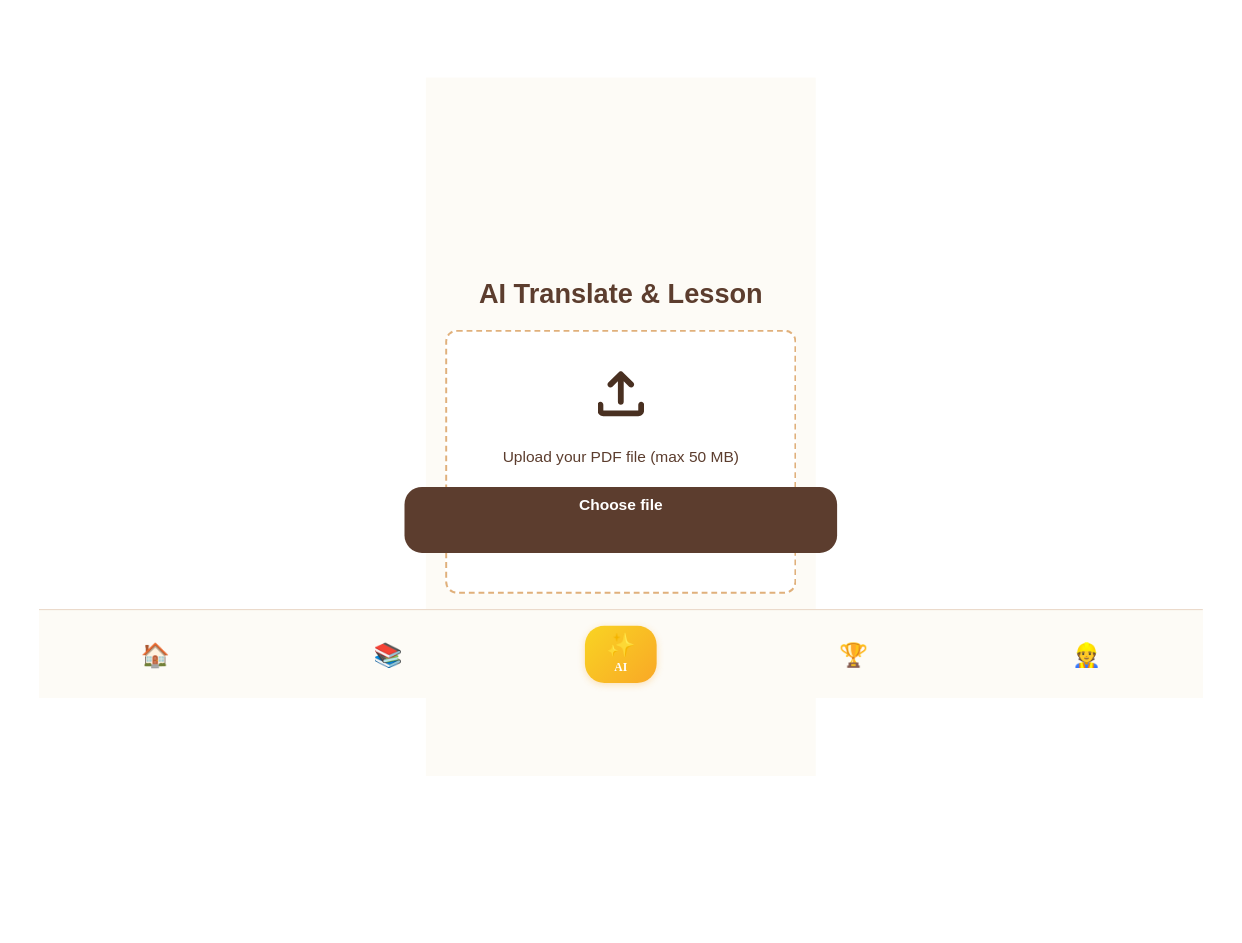
Repository: richelletiongson/Jargon_FrontendShowcase
Page: / (app in jargon_frontend/)
An editor plug-in stored every save of this project. The page is shown before and after the next save, followed by the edit.
The browser window is 1280 px wide. The pictures show the whole page, at 97% of full size.
The project was rebuilt for these pictures with package versions that can differ from the ones it lists, and the page was loaded fresh each time. Also part of the build but not shown: jargon_frontend/vite.config.js, jargon_frontend/src/index.css, jargon_frontend/src/home_pages/Home.jsx, jargon_frontend/src/course_pages/Course.jsx, jargon_frontend/src/charts_pages/Charts.jsx, jargon_frontend/src/profile_pages/Profile.jsx.

Above is the page before, as saved 2025-10-22 14:40:03.

After the next save:
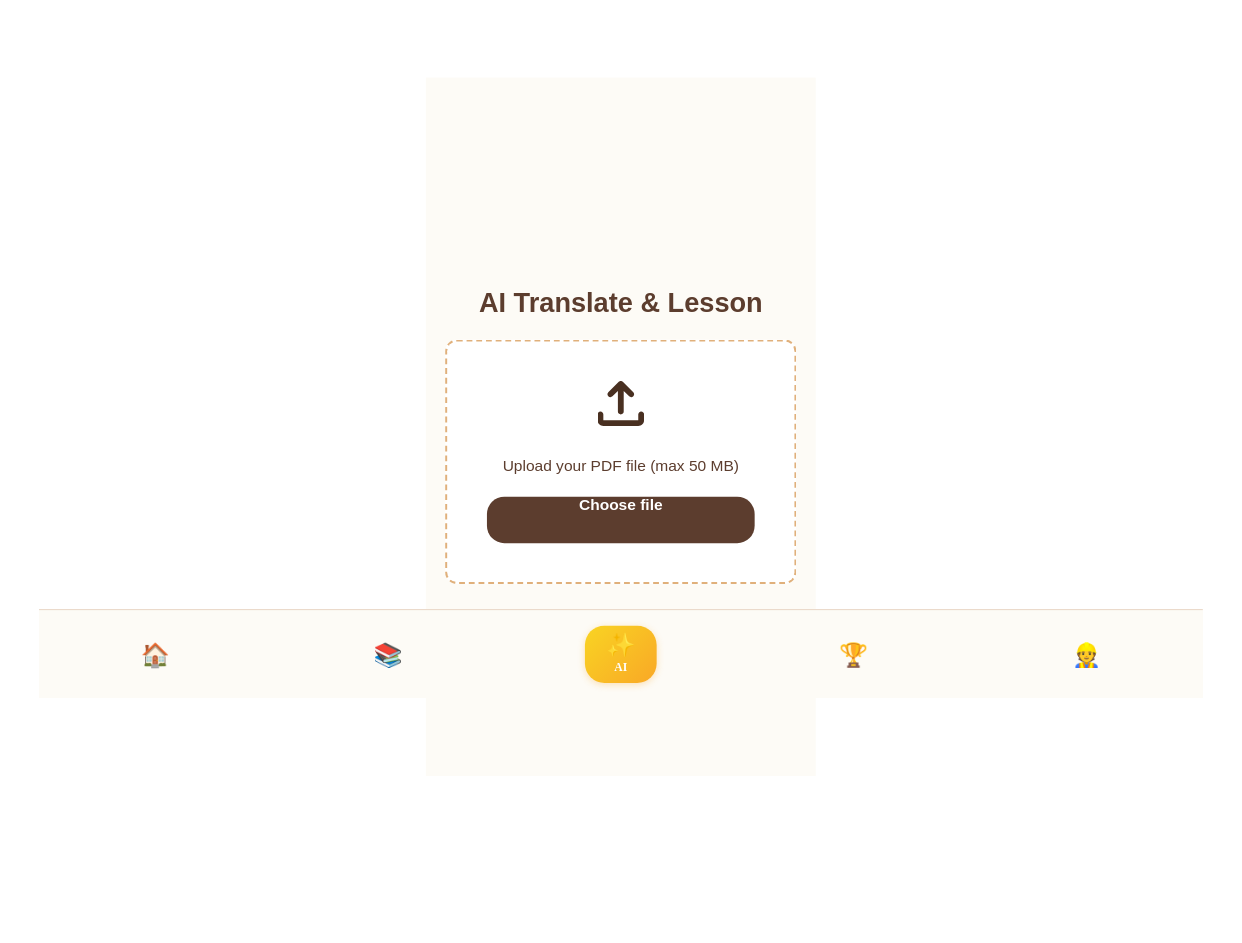
Saved 91 s later.
--- a/jargon_frontend/src/ai_pages/AI.css
+++ b/jargon_frontend/src/ai_pages/AI.css
@@ -62,7 +62,6 @@
 .choose-file-btn {
   background-color: #5C3D2E;
   color: white;
-  padding: 10px 85px;
   border-radius: 18px;
   border: none;
   font-size: 16px;
